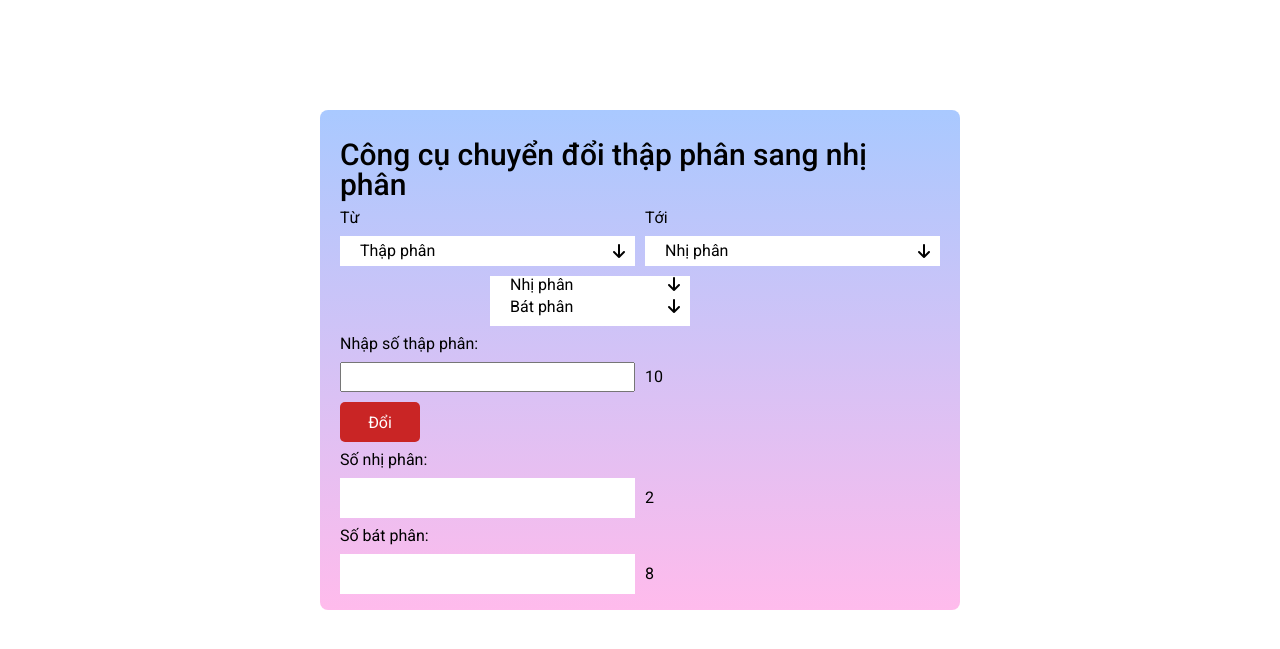
Repository: thuanpham00/covertNumber
Page: index.html
An editor plug-in stored every save of this project. The page is shown before and after the next save, followed by the edit.
The browser window is 1280 px wide. The pictures show the whole page.
Some web libraries are served in a nearby version. The style sheet was rebuilt from its Sass, Less or Tailwind sources for each picture, by a compiler version that may differ from the author's.

Above is the page before, as saved 2023-11-05 16:46:06.
Console error: TypeError: Cannot read properties of null (reading 'addEventListener')

After the next save:
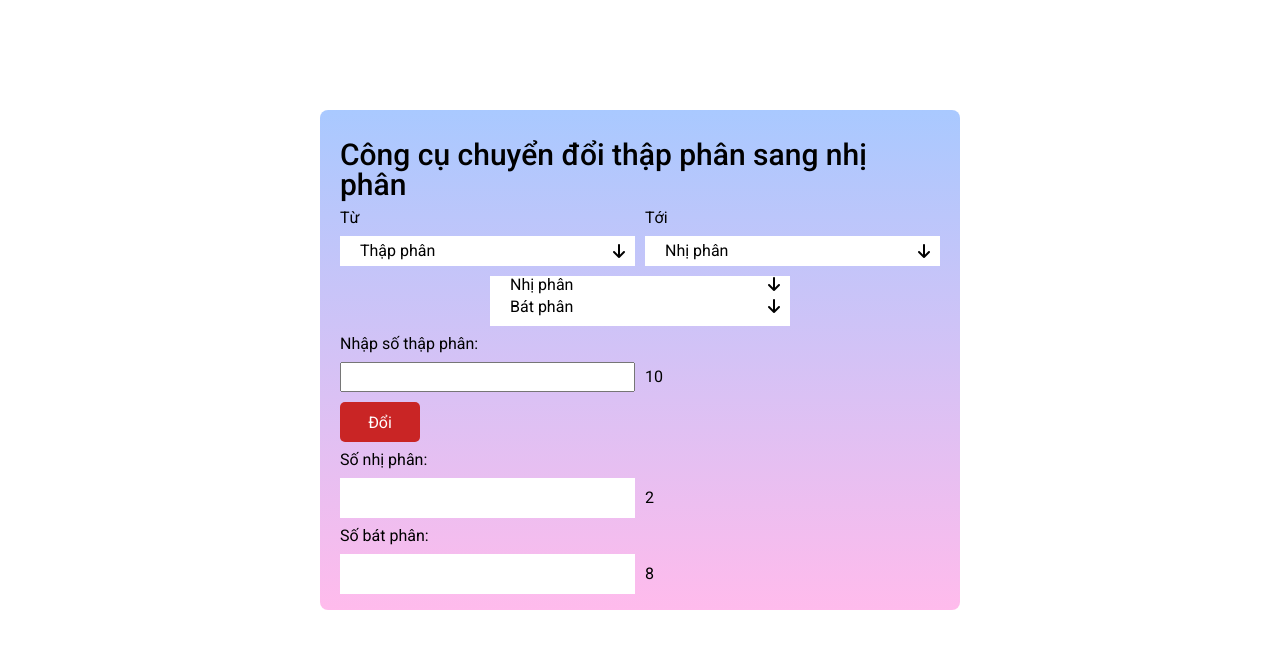
Saved 32 s later.
--- a/scss/main.scss
+++ b/scss/main.scss
@@ -225,7 +225,7 @@ button {
     margin-left: 150px;
     margin-top: 10px;
     height: 50px;
-    width: 200px;
+    width: 50%;
     background: #fff;
 
     .list__item {
